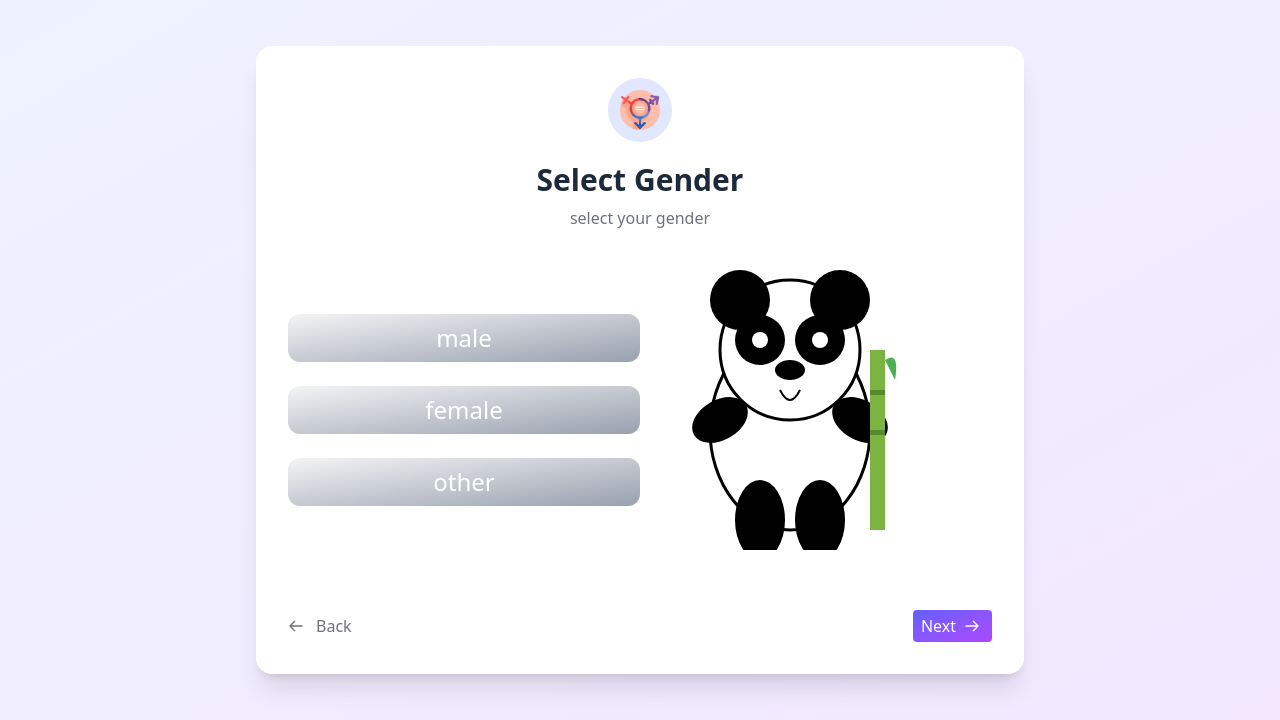
Repository: aryan151pratap/FitPanda
Page: / (app in frontened/)
The author's editor kept a copy of each file at every save. The page is drawn from the files as they stood at one save, then again after the next save.
The browser window is 1280 px wide. The pictures show the whole page.
The project was rebuilt for these pictures with package versions that can differ from the ones it lists, and the page was loaded fresh each time. Also part of the build but not shown: frontened/vite.config.js, frontened/src/App.css, frontened/src/components/page_1.jsx, frontened/src/login/login.jsx, frontened/src/login/sign_up.jsx, frontened/src/login/otp.jsx, frontened/src/notification/notify.jsx.

Above is the page before, as saved 2025-06-04 23:25:21.

After the next save:
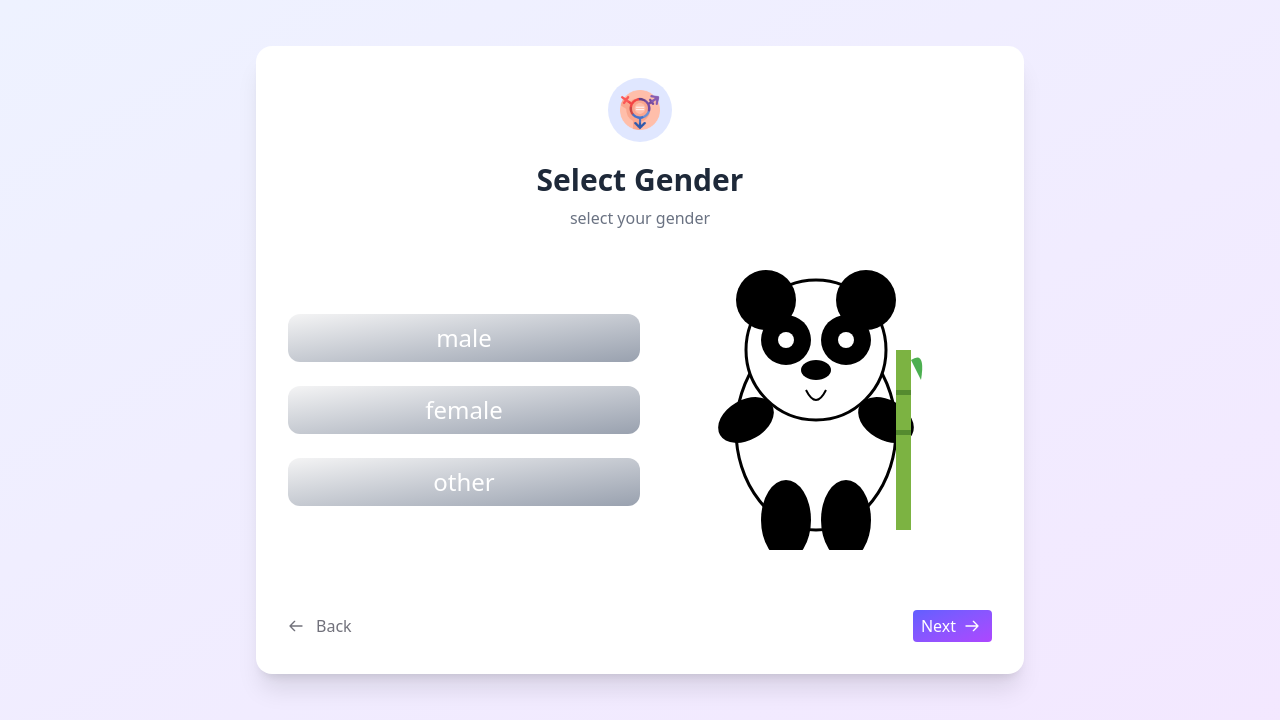
Saved 16 s later.
--- a/frontened/src/about_user/gender.jsx
+++ b/frontened/src/about_user/gender.jsx
@@ -47,7 +47,7 @@ function Gender(){
 							</div>
 						))}
 						</div>
-						<div className="">
+						<div className="flex justify-center">
 							<svg width="300" height="300" viewBox="0 0 300 300" xmlns="http://www.w3.org/2000/svg">
 						<ellipse cx="150" cy="180" rx="80" ry="100" fill="white" stroke="black" stroke-width="3"/>
 
